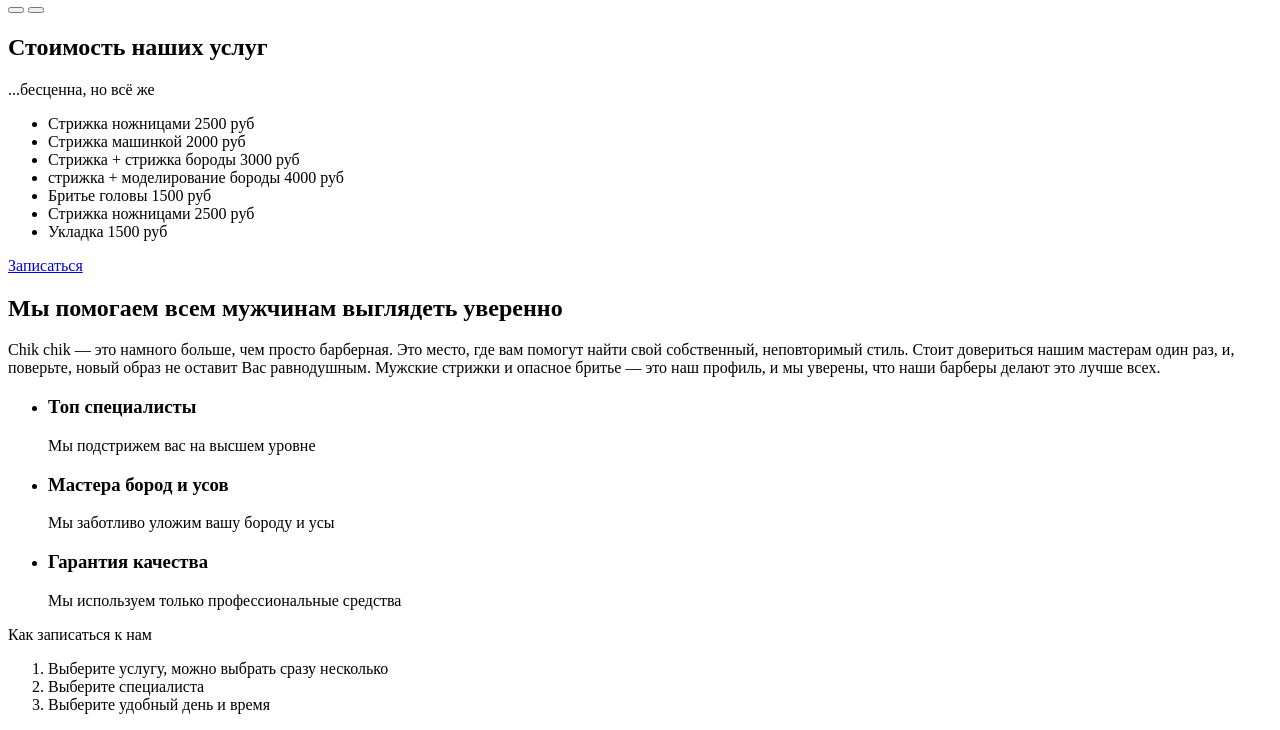
Repository: alexboagreek/chick-chick
Page: index.html
These files come from the project's save history. The page is drawn as it stood at one moment and after a run of saves; the edit follows.
The browser window is 1280 px wide. The pictures show the part of the page from y = 3047 to 3804 px (the page is 3777 px tall before and 3804 px after).
A picture or video elsewhere on the page could not be fetched, so the positions and the page height are approximate.

Above is the page before, as saved 2023-01-17 15:17:04.

After the next 4 saves:
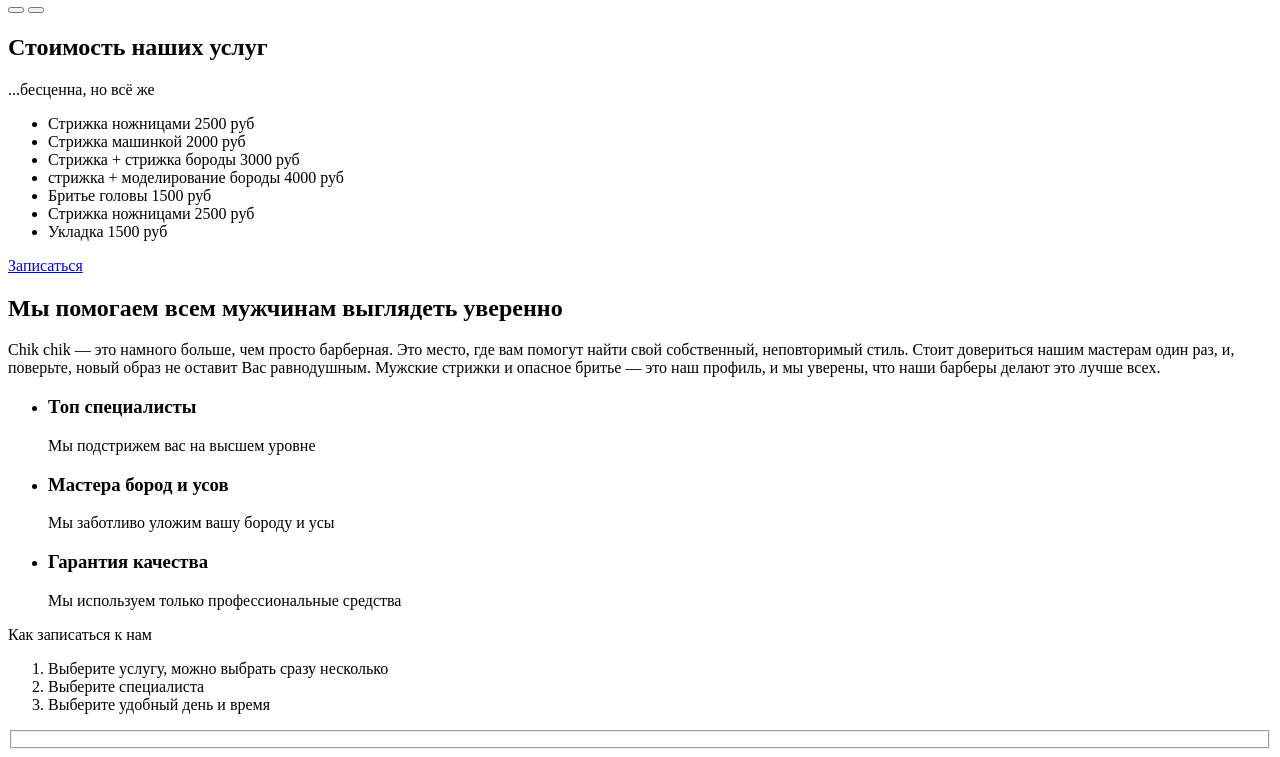
The 4 saves are shown as one change because they came seconds apart.
The last was saved 33 s later.
--- a/index.html
+++ b/index.html
@@ -148,7 +148,9 @@
             </div>
 
             <form class="reserve__form">
-                <div class="reserve__form-container"></div>
+                <div class="reserve__form-container">
+                    <fieldset></fieldset>
+                </div>
             </form>
         </section>
     </main>
